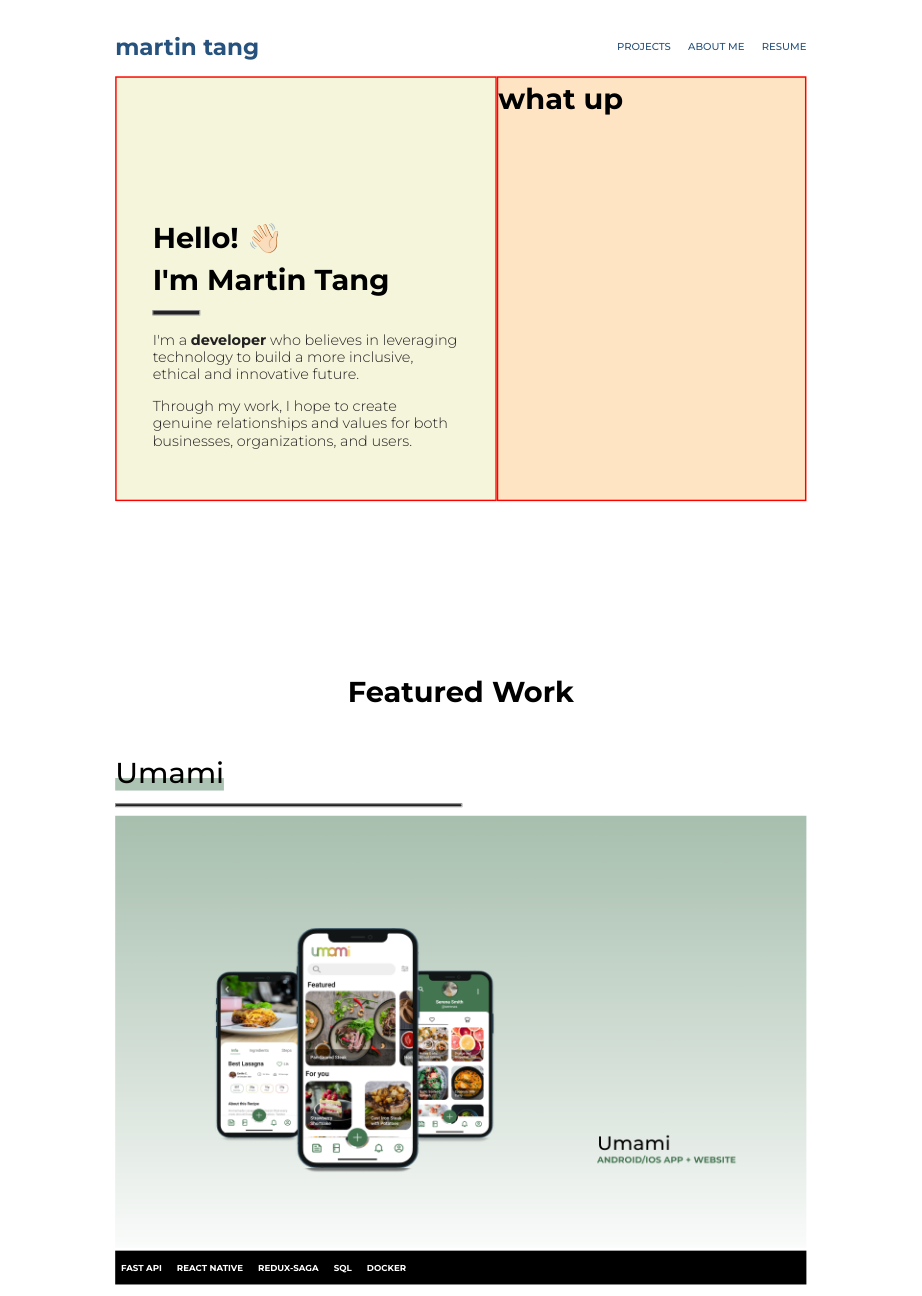
Repository: TangMartin/martintang
Page: index.html
An editor plug-in stored every save of this project. The page is shown before and after the next save, followed by the edit.
The browser window is 1280 px wide. The pictures show the whole page, at 72% of full size.

Above is the page before, as saved 2021-11-24 00:43:15.

After the next save:
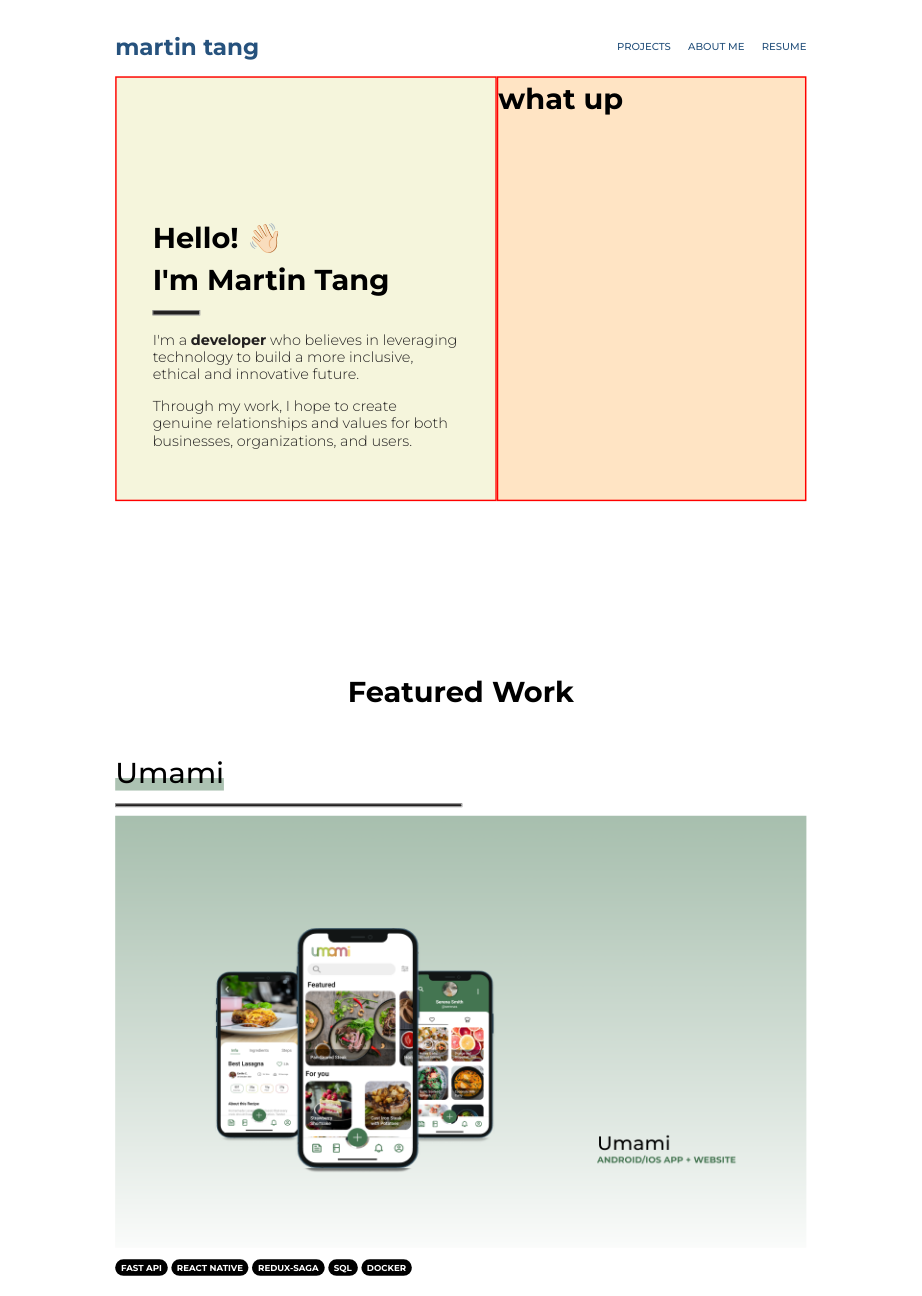
Saved 6 s later.
--- a/styles/style.css
+++ b/styles/style.css
@@ -111,7 +111,7 @@ h3 {
 .technologies {
     display: flex;
     flex-direction:row;
-    background: var(--technology-color);
+
 }
 .technologies p {
     font-size: 12px;
@@ -120,4 +120,5 @@ h3 {
     font-weight: 600;
     border-radius:15px;
     padding: 4px 8px 4px 8px;
+    background: var(--technology-color);
 }
